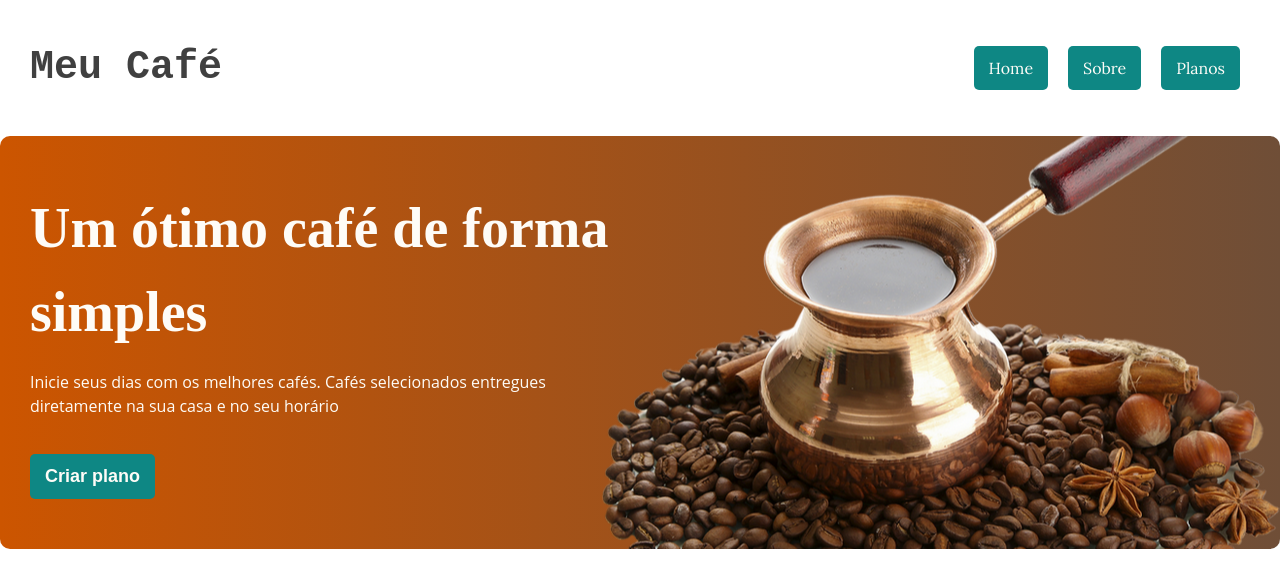
Repository: meiotera/meu_cafe.dev
Page: /
The author's editor kept a copy of each file at every save. The page is drawn from the files as they stood at one save, then again after the next save.
The browser window is 1280 px wide. The pictures show the whole page.
The project was rebuilt for these pictures with package versions that can differ from the ones it lists, and the page was loaded fresh each time. Also part of the build but not shown: vite.config.js, src/Pages/AboutUs.jsx, src/Pages/YourPlane.jsx.

Above is the page before, as saved 2025-04-03 07:15:09.

After the next save:
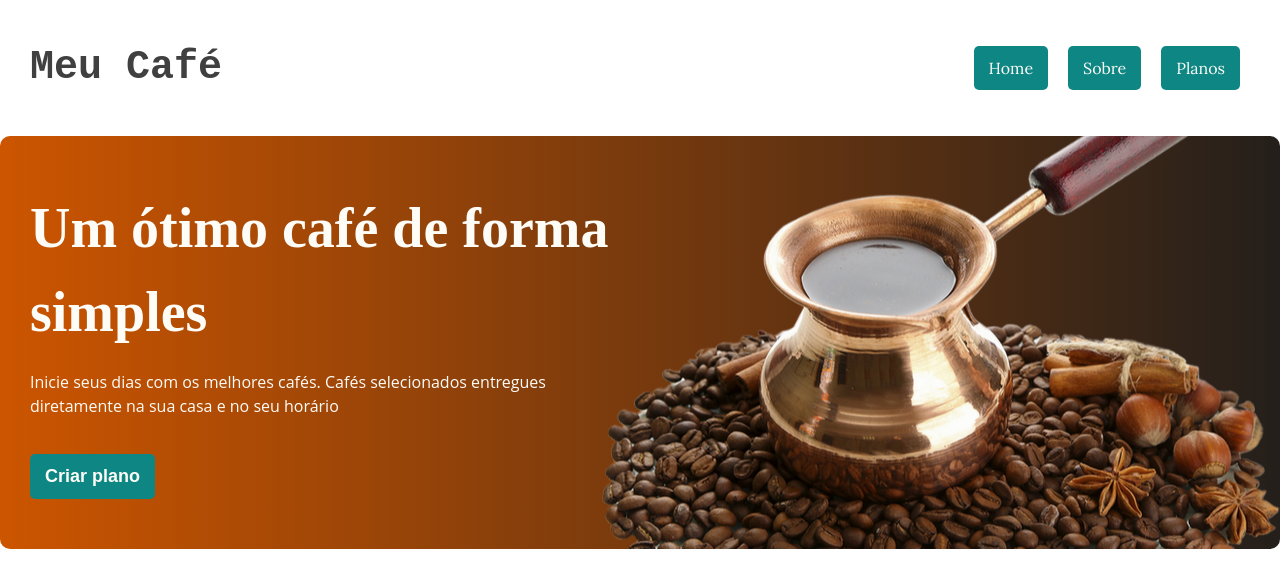
Saved 2 min 4 s later.
--- a/src/components/Banner/Banner.module.css
+++ b/src/components/Banner/Banner.module.css
@@ -1,6 +1,6 @@
 .banner {
   background-image: url('../../../public/img/artesanal.png'),
-    linear-gradient(to left, #6f4e37, #cc5500);
+    linear-gradient(to left, #241f1b, #cc5500);
 
   background-repeat: no-repeat;
   background-position: right;

After the save that followed:
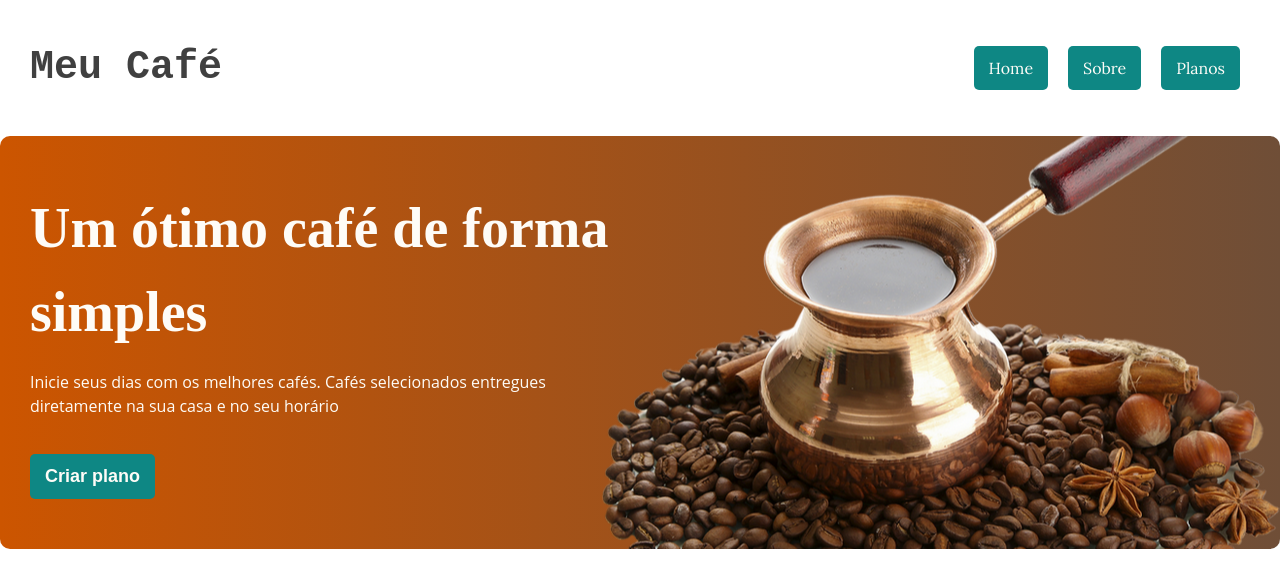
Saved 15 s later.
--- a/src/components/Banner/Banner.module.css
+++ b/src/components/Banner/Banner.module.css
@@ -1,6 +1,6 @@
 .banner {
   background-image: url('../../../public/img/artesanal.png'),
-    linear-gradient(to left, #241f1b, #cc5500);
+    linear-gradient(to left, #6f4e37, #cc5500);
 
   background-repeat: no-repeat;
   background-position: right;
